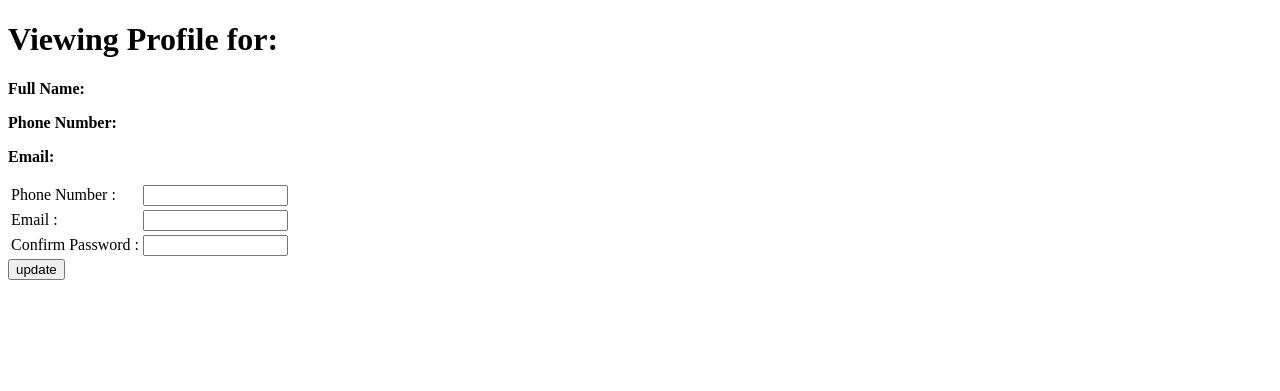
Repository: kingron98/SoftEng-Bank-Web-Application-
Page: http://localhost/SE3_BankWebApp/viewProfile.jsp
An editor plug-in stored every save of this project. The page is shown before and after the next save, followed by the edit.
The browser window is 1280 px wide. The pictures show the whole page.
The page is served by Tomcat 9.

Above is the page before, as saved 2020-12-11 22:19:47.

After the next save:
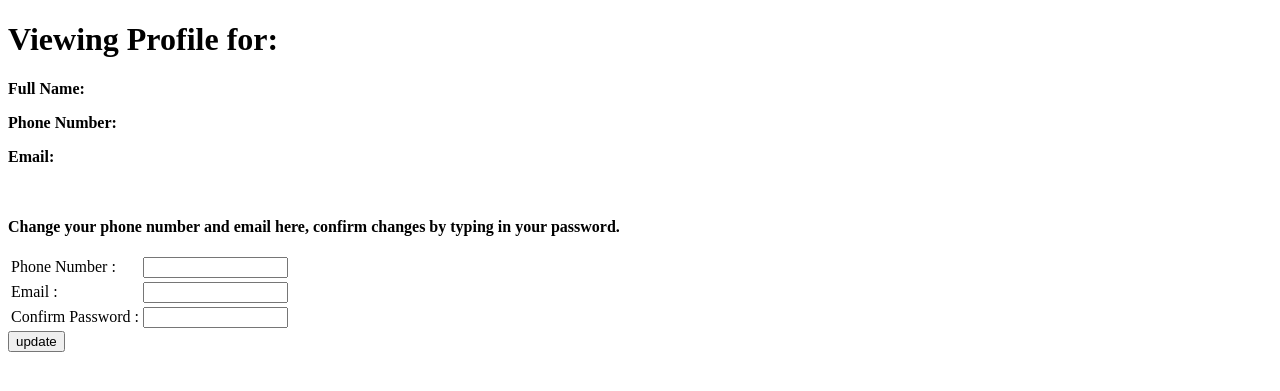
Saved 37 s later.
--- a/SE3 Bank App/Java/Workspace/SE3_BankWebApp/WebContent/viewProfile.jsp
+++ b/SE3 Bank App/Java/Workspace/SE3_BankWebApp/WebContent/viewProfile.jsp
@@ -20,6 +20,12 @@
 	<p><b>Phone Number:</b> <c:out value="${customer.phoneNumber}"/></p>
 	<p><b>Email:</b> <c:out value="${customer.email}"/></p>
 
+	<br/><br/>
+
+	<b>Change your phone number and email here, confirm changes by typing in your password.</b>
+
+	<br/><br/>
+
 	<form action="FrontController" method="post">
                 <table>
                     <tr>
